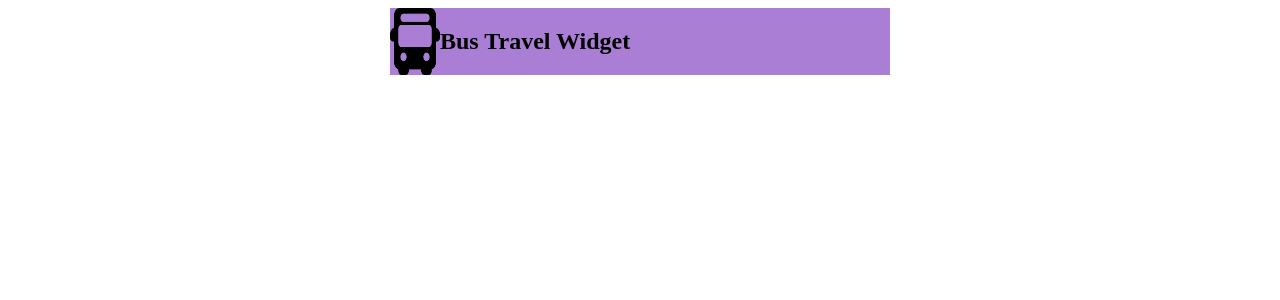
Repository: lasity34/bus_travel
Page: index.html
These files come from the project's save history. The page is drawn as it stood at one moment and after the next save; the edit follows.
The browser window is 1280 px wide. The pictures show the whole page.

Above is the page before, as saved 2023-05-31 09:40:55.

### index.html
<!DOCTYPE html>
<html lang="en">
<head>
    <meta charset="UTF-8">
    <meta http-equiv="X-UA-Compatible" content="IE=edge">
    <meta name="viewport" content="width=device-width, initial-scale=1.0">
    <link href="./style.css" rel="stylesheet" />
    <title>Bus travel</title>
</head>
<body>
    <div class="widget_container">


    <header>
        <img src="./images/bus.png" width="50"/>
        <h2>Bus Travel Widget</h2>
    </header>
    <script src="./bus_travel_factory.js"></script>
    <script src="./bus_travel.js"></script>
</div>
</body>
</html>

### style.css


.widget_container {
   margin: 0 auto;
    background-color: rgb(171, 126, 213);
    width: 70%;
    max-width: 500px;
}

header {
    display: flex;
}

Loaded but not shown: bus_travel.js (no copy from this time; the picture is the same without it); bus_travel_factory.js (no copy from this time; the picture is the same without it)

After the next save:
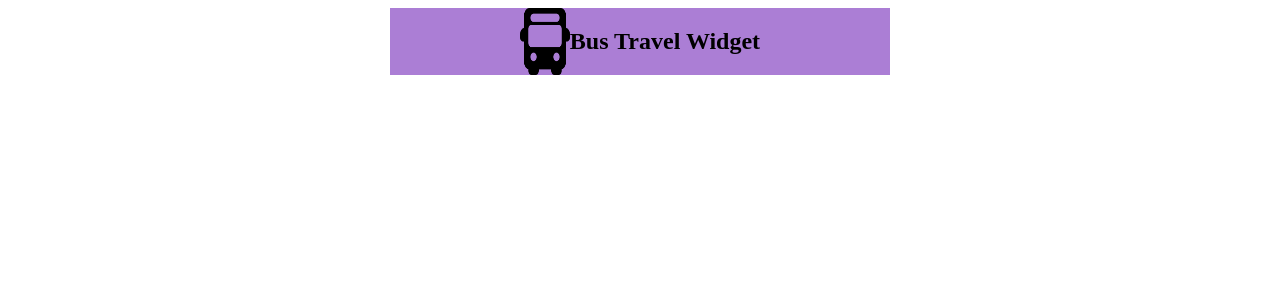
Saved 22 s later.
--- a/style.css
+++ b/style.css
@@ -2,6 +2,8 @@
 
 .widget_container {
    margin: 0 auto;
+   display: flex;
+   justify-content: center;
     background-color: rgb(171, 126, 213);
     width: 70%;
     max-width: 500px;
